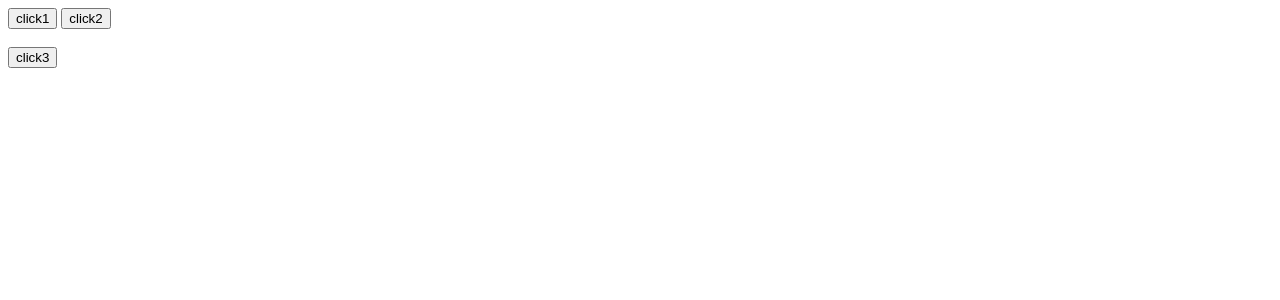
Repository: Jeong43/WebStudy
Page: JsonApp/WebContent/JsonTest04.html
An editor plug-in stored every save of this project. The page is shown before and after the next save, followed by the edit.
The browser window is 1280 px wide. The pictures show the whole page.

Above is the page before, as saved 2021-12-09 00:28:55.

After the next save:
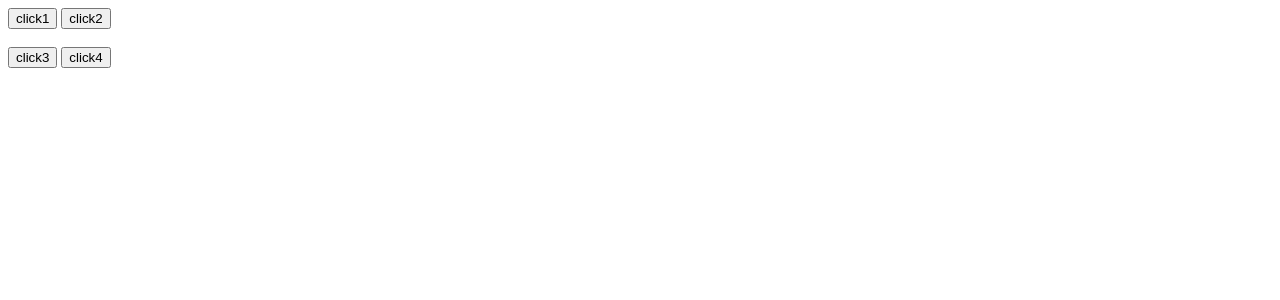
Saved 3 min 1 s later.
--- a/JsonApp/WebContent/JsonTest04.html
+++ b/JsonApp/WebContent/JsonTest04.html
@@ -28,6 +28,13 @@
 	<br /><br />
 
 	<input type="button" value="click3" onclick="alert(myJsonObject4.test())" />
+	<!-- Method Test~!!! -->
+	<!-- undefined -->
+
+	<!-- 『eval()』 : 변수를 자바스크립트의 함수처럼 사용할 수 있도록 해주는 함수 -->
+	<!--              정적인 문자열을 동적인 코드 형식으로 처리 -->
+	<input type="button" value="click4"
+		onclick="eval('a=' + myJsonObject4.test); a();" />
 
 </body>
 </html>
